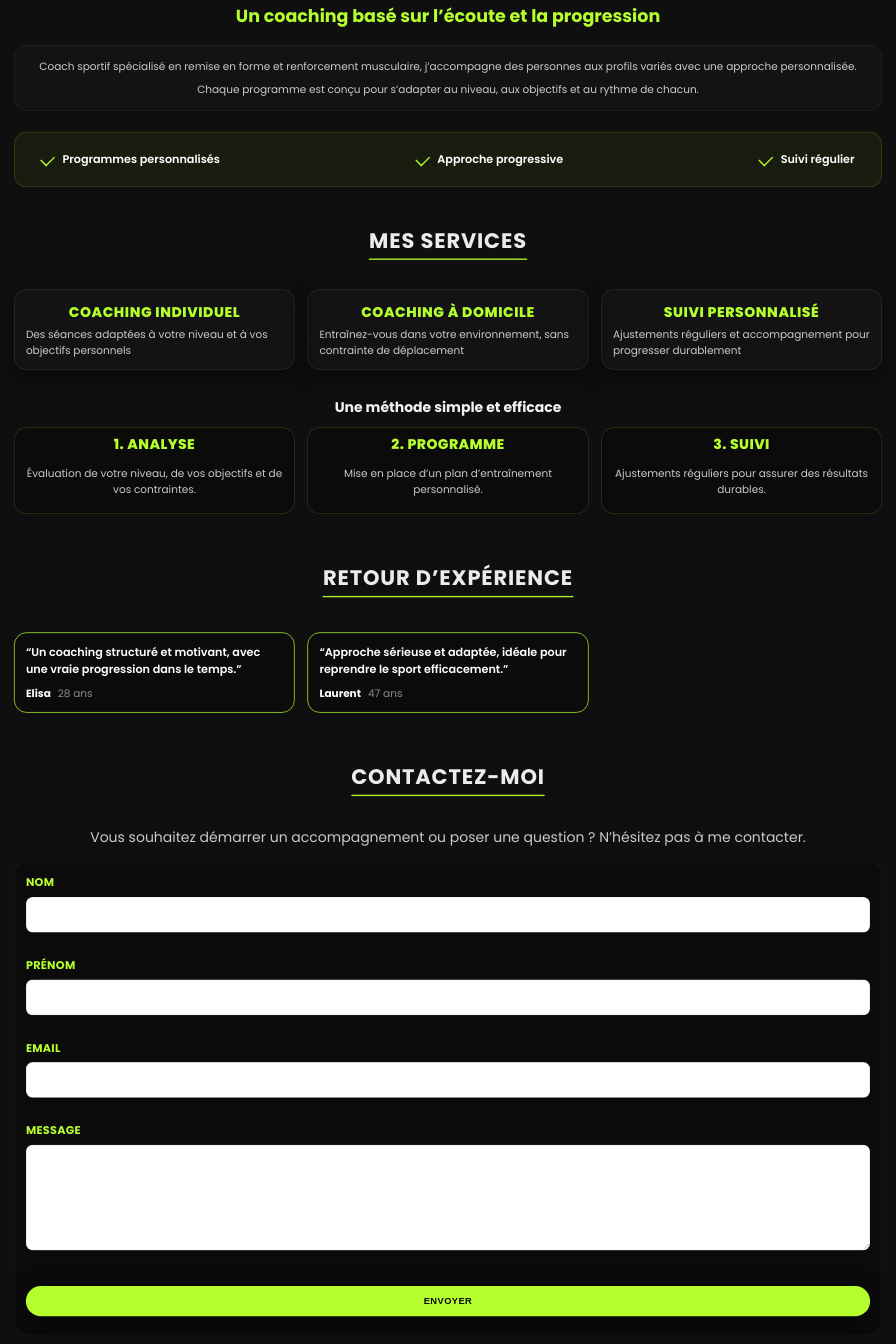
Repository: ThomasHdrd/CoachFitness
Page: index.html
These files come from the project's save history. The page is drawn as it stood at one moment and after the next save; the edit follows.
The browser window is 1280 px wide. The pictures show the part of the page from y = 596 to 2516 px (the page is 3113 px tall), at 70% of full size.

Above is the page before, as saved 2026-01-20 23:23:48.

### index.html
<!doctype html>
<html lang="fr">
<head>
  <meta charset="utf-8" />
  <meta name="viewport" content="width=device-width, initial-scale=1" />
  <title>Coach Fitness — Landing Page</title>

  <!-- Poppins -->
  <link rel="preconnect" href="https://fonts.googleapis.com">
  <link rel="preconnect" href="https://fonts.gstatic.com" crossorigin>
  <link href="https://fonts.googleapis.com/css2?family=Poppins:wght@300;400;500;600;700;800&display=swap" rel="stylesheet">

  <link rel="stylesheet" href="styles.css" />
</head>
<body>
  <!-- Header -->
  <header class="site-header" id="top">
    <div class="container header-inner">
      <a class="brand" href="#top" aria-label="Retour en haut">
        <span class="brand-dot" aria-hidden="true"></span>
        <span class="brand-text">Coach Fitness</span>
      </a>

      <button class="nav-toggle" aria-controls="site-nav" aria-expanded="false">
        <span class="sr-only">Ouvrir le menu</span>
        <span class="burger" aria-hidden="true"></span>
      </button>

      <nav class="site-nav" id="site-nav" aria-label="Navigation principale">
        <a class="nav-link" href="#accueil">Accueil</a>
        <a class="nav-link" href="#apropos">A propos</a>
        <a class="nav-link" href="#services">Services</a>
        <a class="nav-link" href="#avis">Avis</a>
        <a class="nav-link nav-cta" href="#contact">Contact</a>
      </nav>
    </div>
  </header>

  <main>
    <!-- HERO -->
    <section class="hero" id="accueil">
      <div class="hero-overlay" aria-hidden="true"></div>
      <div class="container hero-content">
        <p class="hero-kicker">Coaching sportif personnalisé</p>
        <h1 class="hero-title accent">Atteignez vos objectifs. Progressez durablement</h1>
        <p class="hero-subtitle">
          Un accompagnement sportif sur mesure, adapté à votre niveau et à votre rythme
        </p>
        <a class="btn btn-primary" href="#contact">RÉSERVER VITE VOTRE BILAN GRATUIT</a>
      </div>
    </section>

    <!-- A PROPOS -->
    <section class="section" id="apropos">
      <div class="container">
        <div class="section-title-wrapper">
            <h2 class="section-title">À propos de moi</h2>
        </div>
        <h3 class="section-lead accent">Un coaching basé sur l’écoute et la progression</h3>

        <div class="about-grid">
          <div class="about-text">
            <p class="muted">
              Coach sportif spécialisé en remise en forme et renforcement musculaire, j’accompagne des personnes aux profils variés
              avec une approche personnalisée.
            </p>
            <p class="muted">
              Chaque programme est conçu pour s’adapter au niveau, aux objectifs et au rythme de chacun.
            </p>
          </div>
        </div>
        <div class="about-list">
            <ul class="checks">
                <li>Programmes personnalisés</li>
                <li>Approche progressive</li>
                <li>Suivi régulier</li>
            </ul>
        </div>
      </div>
    </section>

    <!-- SERVICES -->
    <section class="section" id="services">
      <div class="container">
        <div class="section-title-wrapper">
            <h2 class="section-title">Mes services</h2>
        </div>

        <div class="cards">
          <article class="card">
            <h3 class="card-title accent">COACHING INDIVIDUEL</h3>
            <p class="card-text">Des séances adaptées à votre niveau et à vos objectifs personnels</p>
          </article>

          <article class="card">
            <h3 class="card-title accent">COACHING À DOMICILE</h3>
            <p class="card-text">Entraînez-vous dans votre environnement, sans contrainte de déplacement</p>
          </article>

          <article class="card">
            <h3 class="card-title accent">SUIVI PERSONNALISÉ</h3>
            <p class="card-text">Ajustements réguliers et accompagnement pour progresser durablement</p>
          </article>
        </div>

        <div class="method">
          <h3 class="method-title">Une méthode simple et efficace</h3>

          <div class="method-steps">
            <div class="step">
              <div class="step-num accent">1. ANALYSE</div>
              <p class="muted">Évaluation de votre niveau, de vos objectifs et de vos contraintes.</p>
            </div>
            <div class="step">
              <div class="step-num accent">2. PROGRAMME</div>
              <p class="muted">Mise en place d’un plan d’entraînement personnalisé.</p>
            </div>
            <div class="step">
              <div class="step-num accent">3. SUIVI</div>
              <p class="muted">Ajustements réguliers pour assurer des résultats durables.</p>
            </div>
          </div>
        </div>
      </div>
    </section>

    <!-- AVIS -->
    <section class="section" id="avis">
      <div class="container">
        <div class="section-title-wrapper">
            <h2 class="section-title">RETOUR D’EXPÉRIENCE</h2>
        </div>

        <div class="testimonials">
          <figure class="testimonial">
            <blockquote>
              “Un coaching structuré et motivant, avec une vraie progression dans le temps.”
            </blockquote>
            <figcaption>
              <span class="name">Elisa</span>
              <span class="meta">28 ans</span>
            </figcaption>
          </figure>

          <figure class="testimonial">
            <blockquote>
              “Approche sérieuse et adaptée, idéale pour reprendre le sport efficacement.”
            </blockquote>
            <figcaption>
              <span class="name">Laurent</span>
              <span class="meta">47 ans</span>
            </figcaption>
          </figure>
        </div>
      </div>
    </section>

    <!-- CONTACT -->
    <section class="section" id="contact">
      <div class="container">
        <div class="section-title-wrapper">
            <h2 class="section-title">CONTACTEZ-MOI</h2>
        </div>
        <p class="contact-text">
          Vous souhaitez démarrer un accompagnement ou poser une question ? N’hésitez pas à me contacter.
        </p>

        <form class="form" id="contactForm" novalidate>
          <div class="field">
            <label for="nom">Nom</label>
            <input id="nom" name="nom" type="text" autocomplete="family-name" required />
            <small class="error" data-error-for="nom"></small>
          </div>

          <div class="field">
            <label for="prenom">Prénom</label>
            <input id="prenom" name="prenom" type="text" autocomplete="given-name" required />
            <small class="error" data-error-for="prenom"></small>
          </div>

          <div class="field">
            <label for="email">Email</label>
            <input id="email" name="email" type="email" autocomplete="email" required />
            <small class="error" data-error-for="email"></small>
          </div>

          <div class="field">
            <label for="message">Message</label>
            <textarea id="message" name="message" rows="5" required></textarea>
            <small class="error" data-error-for="message"></small>
          </div>

          <button class="btn btn-primary btn-wide" type="submit">ENVOYER</button>
          <p class="form-note muted" id="formStatus" role="status" aria-live="polite"></p>
        </form>
      </div>
    </section>

    <!-- FAQ -->
    <section class="section" id="faq">
      <div class="container">
        <div class="section-title-wrapper">
            <h2 class="section-title">QUESTIONS FRÉQUENTES</h2>
        </div>

        <div class="faq">
          <details class="faq-item" open>
            <summary>À qui s’adresse le coaching ?</summary>
            <div class="faq-body muted">
              Le coaching s’adresse à toute personne souhaitant reprendre le sport, améliorer sa condition physique ou atteindre un objectif précis
              (remise en forme, renforcement musculaire, perte de poids, bien-être). Les programmes sont adaptés au niveau, au rythme et aux contraintes de chacun.
            </div>
          </details>

          <details class="faq-item">
            <summary>Faut-il déjà être sportif pour commencer ?</summary>
            <div class="faq-body muted">
              Non. Le coaching s’adapte à votre niveau actuel. La progression est construite étape par étape, avec une intensité ajustée.
            </div>
          </details>

          <details class="faq-item">
            <summary>Comment se déroule le suivi ?</summary>
            <div class="faq-body muted">
              Après une analyse de votre situation, un programme personnalisé est mis en place puis ajusté régulièrement selon vos retours et votre progression.
            </div>
          </details>

          <details class="faq-item">
            <summary>Le coaching se fait-il à domicile ou en salle ?</summary>
            <div class="faq-body muted">
              Les deux sont possibles. Le format dépend de vos préférences, de votre matériel et de vos contraintes de planning.
            </div>
          </details>

          <details class="faq-item">
            <summary>Le premier échange est-il gratuit ?</summary>
            <div class="faq-body muted">
              Oui. Le premier échange permet de comprendre votre besoin et de déterminer l’accompagnement le plus adapté, sans engagement.
            </div>
          </details>
        </div>
      </div>
    </section>
  </main>

  <!-- Footer -->
  <footer class="site-footer">
    <div class="container footer-inner">
      <p class="footer-tag muted">Coaching personnalisé • Progression durable • Bien-être</p>
      <p class="footer-copy muted">© 2026 Coach Sportif Indépendant • Tous droits réservés.</p>
    </div>
  </footer>

  <script src="app.js" defer></script>
</body>
</html>

### styles.css
:root{
  --bg: #0F0F0F;            /* demandé */
  --bar: rgba(0,0,0,.90);   /* header/footer */
  --accent: #B6FF2E;        /* demandé */
  --text: #FFFFFF;
  --muted: rgba(255,255,255,.78);
  --muted2: rgba(255,255,255,.62);
  --line: rgba(182,255,46,.38);
  --card: rgba(255,255,255,.04);
  --shadow: 0 16px 40px rgba(0,0,0,.45);
  --radius: 14px;
  --radius-lg: 18px;
  --max: 1300px;
}

*{ box-sizing: border-box; }
html{ scroll-behavior: smooth; }
body{
  margin:0;
  font-family: "Poppins", system-ui, -apple-system, Segoe UI, Roboto, Arial, sans-serif;
  background: var(--bg);
  color: var(--text);
}

.container{
  width:min(100% - 40px, var(--max));
  margin-inline:auto;
}

.sr-only{
  position:absolute;
  width:1px;height:1px;
  padding:0;margin:-1px;
  overflow:hidden;clip:rect(0,0,0,0);
  white-space:nowrap;border:0;
}

/* Header */
.site-header{
  position: sticky;
  top: 0;
  z-index: 50;
  background: var(--bar);
  backdrop-filter: blur(8px);
  border-bottom: 1px solid rgba(255,255,255,.06);
}

.header-inner{
  height: 64px;
  display:flex;
  align-items:center;
  justify-content:space-between;
  gap: 14px;
}

.brand{
  display:flex;
  align-items:center;
  gap:10px;
  text-decoration:none;
  color: var(--text);
  font-weight: 700;
  letter-spacing:.3px;
}
.brand-dot{
  width:10px;height:10px;
  border-radius:999px;
  background: var(--accent);
  box-shadow: 0 0 0 6px rgba(182,255,46,.12);
}
.brand-text{ font-size: 14px; opacity:.95; }

.site-nav{
  display:flex;
  align-items:center;
  gap: 18px;
}
.nav-link{
  color: var(--text);
  text-decoration:none;
  font-size: 13px;
  opacity: .88;
  transition: opacity .2s ease, color .2s ease;
  padding: 10px 6px;
}
.nav-link:hover{ opacity:1; color: var(--accent); }

.nav-cta{
  border: 1px solid rgba(182,255,46,.45);
  border-radius: 999px;
  padding: 10px 14px;
}
.nav-cta:hover{
  background: rgba(182,255,46,.10);
}

/* Mobile nav */
.nav-toggle{
  display:none;
  border:0;
  background: transparent;
  color: var(--text);
  padding: 10px;
  border-radius: 10px;
}
.nav-toggle:hover{ background: rgba(255,255,255,.06); }
.burger{
  width: 22px; height: 2px;
  display:block;
  background: var(--text);
  position: relative;
}
.burger::before,.burger::after{
  content:"";
  position:absolute;
  left:0;
  width:22px;height:2px;
  background: var(--text);
}
.burger::before{ top:-7px; }
.burger::after{ top:7px; }

/* Hero */
.hero{
  position: relative;
  min-height: 50vh;
  display:flex;
  align-items:center;
  padding: 52px 0;
  background:
    linear-gradient(180deg, rgba(0,0,0,.55), rgba(0,0,0,.88)),
    url("assets/hero.jpg") center/cover no-repeat;
  background-position: center 30%;
}
.hero-overlay{
  position:absolute;
  inset:0;
  background: radial-gradient(1200px 600px at 50% 25%, rgba(182,255,46,.10), transparent 60%);
  pointer-events:none;
}
.hero-content{
  position:relative;
  text-align:center;
}
.hero-kicker{
  margin:0 0 10px;
  font-size: 50px;
  letter-spacing: .6px;
  text-transform: uppercase;
  font-weight: bold;
}
.hero-title{
  margin: 0 auto;
  margin:0 0 10px;
}
.hero-title {
  font-size: 35px;
  display:block;
  color: var(--accent);
  font-weight: 800;
  text-transform:none;
  margin-top: 8px;
}
.hero-subtitle{
  margin: 16px auto 22px;
  padding-top: 30px;
  color: var(--muted);
  font-size: 22px;
  line-height: 1.55;
  padding-bottom: 30px;
}

/* Buttons */
.btn{
  display:inline-flex;
  align-items:center;
  justify-content:center;
  gap:10px;
  text-decoration:none;
  border: 0;
  cursor:pointer;
  font-weight: 700;
  letter-spacing: .6px;
  text-transform: uppercase;
  border-radius: 999px;
  padding: 14px 18px;
  box-shadow: var(--shadow);
}
.btn-primary{
  background: var(--accent);
  color: #0A0A0A;
  width: 70%;
}
.btn-primary:hover{
  background: transparent;
  border: 1px solid var(--accent);
  color: var(--accent);
  filter: brightness(.95);
}
.btn-wide{ width: 100%; margin-top: 10px; }

/* Sections */
.section{
  padding: 35px 0;
}
#apropos
{
  padding-bottom: 20px;
}

.section-title {
  text-align: justify;
  align-items: center;
  margin: 0 0 14px;
  font-size: 30px;
  letter-spacing: 1.2px;
  text-transform: uppercase;
  opacity: .92;
  padding-bottom: 10px;
  display: inline-block; /* Le titre prend uniquement la largeur du texte */
}

.section-title::after {
  content: "";
  display: block;
  width: 100%; /* La barre fait la largeur du texte */
  height: 2px;
  background-color: var(--accent);
  margin-top: 2px;
}

/* Conteneur pour centrer le titre inline-block */
.section-title-wrapper {
  text-align: center;
}
.section-lead{
  text-align:center;
  margin: 0 0 22px;
  font-size: 25px;
  font-weight: 700;
}
.accent{ color: var(--accent);}
.muted{ color: var(--muted); font-size: 15px; text-align: center;}
.muted2{ color: var(--muted2); }

/* About */
.about-grid{
  gap: 18px;
  align-items:start;
}
.about-text{
  background: rgba(255,255,255,.02);
  border: 1px solid rgba(255,255,255,.06);
  border-radius: var(--radius-lg);
  padding: 18px;
  margin-bottom: 30px;
}
.about-text p{ margin: 0 0 10px; }
.about-text p:last-child{ margin-bottom: 0; }

.checks{
  list-style: none;
  margin: 0;
  padding: 16px 18px;
  border-radius: var(--radius-lg);
  border: 1px solid rgba(182,255,46,.20);
  background: rgba(182,255,46,.06);
  display: flex;
  flex-wrap: wrap;
  gap: 20%;
  justify-content: space-around;
  align-items: center;
}
.checks li{
  position: relative;
  padding-left: 30px;
  margin: 10px 0;
  font-weight: 600;
}
.checks li::before{
  content:"";
  position:absolute;
  left:0; top: 6px;
  width: 16px; height: 10px;
  border-left: 2px solid var(--accent);
  border-bottom: 2px solid var(--accent);
  transform: rotate(-45deg);
}

/* Cards */
.cards{
  display:grid;
  gap: 18px;
  margin-top: 18px;
  grid-template-columns: repeat(3, 1fr);
}
.card{
  background: rgba(255,255,255,.02);
  border: 1px solid rgba(255,255,255,.10);
  border-radius: var(--radius-lg);
  padding: 16px 16px 14px;
  box-shadow: 0 14px 34px rgba(0,0,0,.35);
}
.card-title{
  margin:0 0 6px;
  font-size: 20px;
  text-align: center;
  font-weight: 800;
  text-transform: uppercase;
  letter-spacing: .8px;
}
.card-text{
  margin:0;
  color: var(--muted);
  font-size: 15px;
  line-height: 1.55;
}

/* Method */
.method{
  margin-top: 26px;
  padding-top: 12px;
}
.method-title{
  text-align:center;
  margin: 0 0 14px;
  font-size: 20px;
  font-weight: 700;
  opacity: .95;
}
.method-steps{
  display:grid;
  gap: 18px;
  grid-template-columns: repeat(3, 1fr);
}
.step{
  border: 1px solid rgba(182,255,46,.18);
  background: rgba(0,0,0,.25);
  border-radius: var(--radius-lg);
  padding: 8px 16px;
}
.step-num{
  font-weight: 800;
  letter-spacing: .6px;
  text-transform: uppercase;
  font-size: 20px;
  margin-bottom: 6px;
  text-align: center;
}

/* Testimonials */
.testimonials{
  margin-top: 26px;
  display:grid;
  gap: 18px;
  grid-template-columns: repeat(3, 1fr);
}
.testimonial{
  margin:0;
  border: 1px solid #B6FF2E;
  background: rgba(0,0,0,.25);
  border-radius: var(--radius-lg);
  padding: 16px;
}
.testimonial blockquote{
  margin:0 0 10px;
  color: var(--text);
  font-weight: 600;
  line-height: 1.5;
}
.testimonial figcaption{
  display:flex;
  gap: 10px;
  align-items:baseline;
  color: var(--muted2);
  font-size: 15px;
}
.testimonial .name{ color: var(--text); font-weight: 700; }
.testimonial .meta{ opacity:.85; }

/* Form */
.contact-text{
  text-align: center;
  color: var(--muted);
  font-size: 20px;
}

.form{
  margin-top: 18px;
  border-radius: var(--radius-lg);
  border: 1px solid rgba(255,255,255,.08);
  background: rgba(0,0,0,.25);
  padding: 16px;
}
.field{ margin-bottom: 12px; }
label{
  display:block;
  font-size: 16px;
  font-weight: 700;
  letter-spacing: .4px;
  margin-bottom: 8px;
  color: var(--accent);
  text-transform: uppercase;
}
input, textarea{
  width:100%;
  font-family: inherit;
  font-size: 16px;
  color: #0A0A0A;
  background: #FFFFFF;
  border: 1px solid rgba(0,0,0,.12);
  border-radius: 10px;
  padding: 12px 12px;
  outline: none;
}
textarea{ resize: vertical; min-height: 110px; }
input:focus, textarea:focus{
  box-shadow: 0 0 0 4px rgba(182,255,46,.20);
  border-color: rgba(182,255,46,.55);
}
.error{
  display:block;
  min-height: 16px;
  margin-top: 6px;
  font-size: 12px;
  color: #FF6B6B;
}
.form-note{
  margin: 10px 0 0;
  font-size: 12px;
}

/* FAQ */
.faq{
  margin-top: 18px;
  border-radius: var(--radius-lg);
  overflow:hidden;
  border: 1px solid rgba(182,255,46,.16);
  background: rgba(0,0,0,.25);
}
.faq-item{
  border-top: 1px solid rgba(182,255,46,.12);
}
.faq-item:first-child{ border-top: 0; }
.faq-item summary{
  list-style:none;
  cursor:pointer;
  padding: 14px 16px;
  font-weight: 700;
  font-size: 18px;
  position: relative;
}
.faq-item summary::-webkit-details-marker{ display:none; }
.faq-item summary::after{
  content:"+";
  position:absolute;
  right: 16px;
  top: 10px;
  width: 28px; height: 28px;
  display:grid;
  place-items:center;
  border-radius: 999px;
  color: var(--accent);
  border: 1px solid rgba(182,255,46,.28);
  background: rgba(182,255,46,.08);
}
.faq-item[open] summary::after{ content:"–"; }
.faq-body{
  padding: 0 16px 16px;
  font-size: 14px;
  line-height: 1.6;
}

/* Footer */
.site-footer{
  background: var(--bar);
  border-top: 1px solid rgba(255,255,255,.06);
  padding: 18px 0;
}
.footer-inner{
  text-align:center;
  display:flex;
  justify-content: center;
  align-items: center;
  gap: 47%;
}
.footer-tag, .footer-copy{
  margin:0;
  font-size: 12px;
}

/* Responsive */
@media (min-width: 761px) and (max-width: 1024px){
  .hero-content{ text-align:center; }
  .hero-kicker{ font-size: 40px; }
  .hero-title{ font-size: 28px; }
  .about-grid{
    grid-template-columns: 1.2fr .8fr;
    gap: 18px;
  }
  .cards{
    grid-template-columns: repeat(3, 1fr);
  }
  .method-steps{
    grid-template-columns: repeat(3, 1fr);
  }
  .testimonials{
    grid-template-columns: repeat(2, 1fr);
  }
}

/* Mobile nav behavior */
@media (max-width: 760px){
  .section {
    padding: 28px 0;
  }
  .section-title{
    font-size: 24px;
  }
  .nav-toggle{ display:inline-flex; }
  .hero-kicker{ font-size: 32px; }
  .hero-title{ font-size: 24px; }
  .hero-subtitle{ font-size: 18px; }
  .site-nav{
    position: fixed;
    inset: 64px 12px auto 12px;
    background: rgba(0,0,0,.95);
    border: 1px solid rgba(255,255,255,.08);
    border-radius: 16px;
    padding: 12px;
    display:none;
    flex-direction: column;
    gap: 6px;
    box-shadow: 0 18px 50px rgba(0,0,0,.6);
  }
  .section-title {
    padding-bottom: 0;
  }
  .site-nav.is-open{ display:flex; }
  .nav-link{ width:100%; text-align:center; padding: 12px; }
  .faq-item summary{ font-size: 16px; }
  .faq-item summary{ padding-right: 50px; }
  .contact-text{ font-size: 16px; }
  .nav-cta{ width:100%; }
  .footer-inner{
    flex-direction: column;
    gap: 12px;
  }
  .footer-tag, .footer-copy{
    font-size: 10px;
  }
}

### app.js
// Mobile menu toggle
const toggle = document.querySelector('.nav-toggle');
const nav = document.querySelector('#site-nav');

if (toggle && nav) {
  toggle.addEventListener('click', () => {
    const isOpen = nav.classList.toggle('is-open');
    toggle.setAttribute('aria-expanded', String(isOpen));
  });

  // Close menu on link click (mobile)
  nav.querySelectorAll('a').forEach(a => {
    a.addEventListener('click', () => {
      nav.classList.remove('is-open');
      toggle.setAttribute('aria-expanded', 'false');
    });
  });

  // Close on ESC
  document.addEventListener('keydown', (e) => {
    if (e.key === 'Escape') {
      nav.classList.remove('is-open');
      toggle.setAttribute('aria-expanded', 'false');
    }
  });
}

// FAQ: allow only one open at a time (optional premium behavior)
const faqItems = document.querySelectorAll('.faq-item');
faqItems.forEach((item) => {
  item.addEventListener('toggle', () => {
    if (item.open) {
      faqItems.forEach((other) => {
        if (other !== item) other.open = false;
      });
    }
  });
});

// Contact form validation (front only, demo)
const form = document.getElementById('contactForm');
const statusEl = document.getElementById('formStatus');

function setError(name, message) {
  const el = document.querySelector(`[data-error-for="${name}"]`);
  if (el) el.textContent = message || '';
}

function isEmail(v) {
  return /^[^\s@]+@[^\s@]+\.[^\s@]+$/.test(v);
}

if (form) {
  form.addEventListener('submit', (e) => {
    e.preventDefault();

    const data = new FormData(form);
    const nom = String(data.get('nom') || '').trim();
    const prenom = String(data.get('prenom') || '').trim();
    const email = String(data.get('email') || '').trim();
    const message = String(data.get('message') || '').trim();

    let ok = true;

    setError('nom', '');
    setError('prenom', '');
    setError('email', '');
    setError('message', '');
    if (statusEl) statusEl.textContent = '';

    if (!nom) { setError('nom', 'Veuillez renseigner votre nom.'); ok = false; }
    if (!prenom) { setError('prenom', 'Veuillez renseigner votre prénom.'); ok = false; }
    if (!email || !isEmail(email)) { setError('email', 'Veuillez renseigner un email valide.'); ok = false; }
    if (!message || message.length < 10) { setError('message', 'Veuillez écrire un message (min. 10 caractères).'); ok = false; }

    if (!ok) return;

    // Demo success
    form.reset();
    if (statusEl) statusEl.textContent = "Message envoyé (démo). Je reviens vers vous au plus vite.";
  });
}

After the next save:
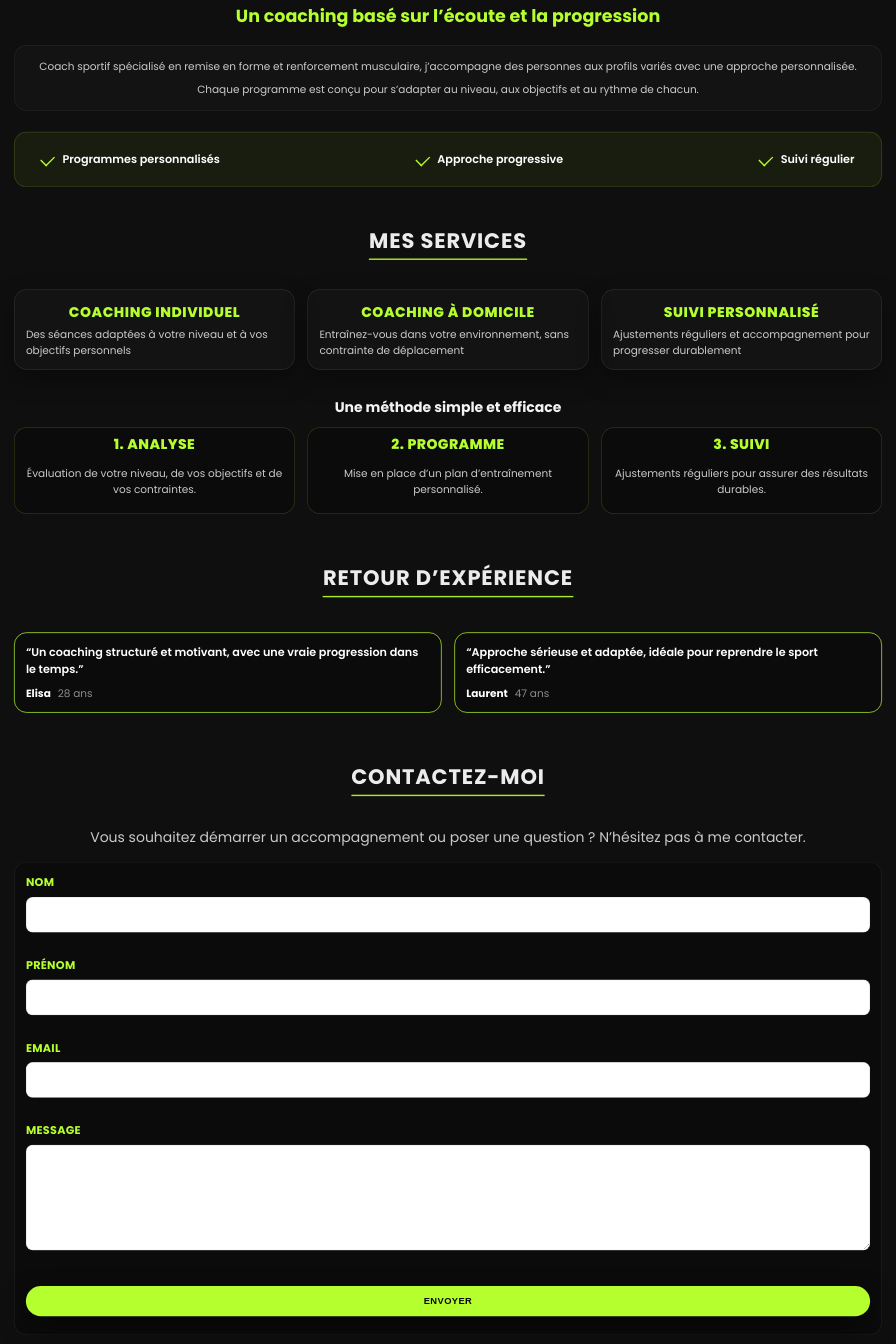
Saved 4 s later.
--- a/styles.css
+++ b/styles.css
@@ -353,7 +353,7 @@ body{
   margin-top: 26px;
   display:grid;
   gap: 18px;
-  grid-template-columns: repeat(3, 1fr);
+  grid-template-columns: repeat(2, 1fr);
 }
 .testimonial{
   margin:0;
